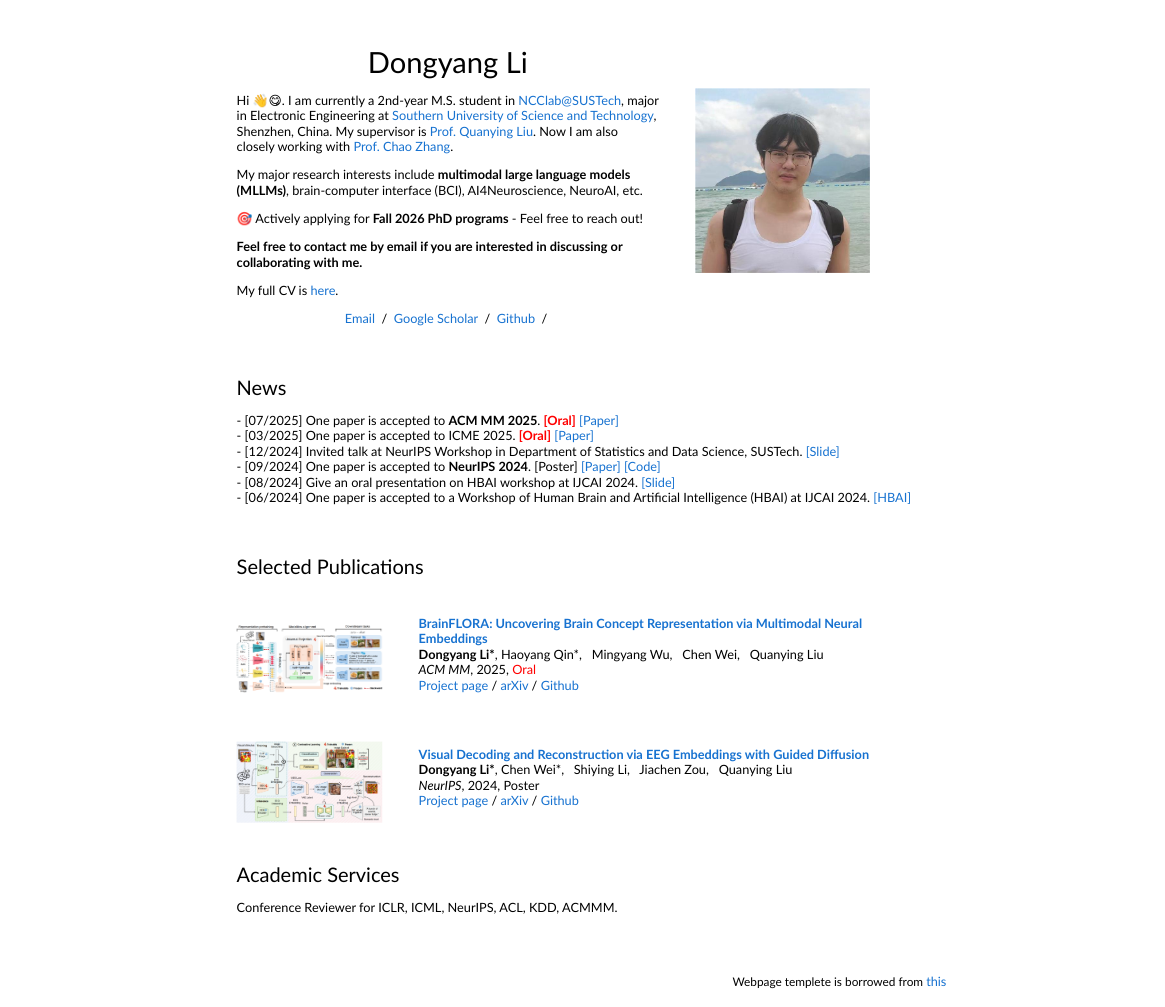
Repository: dongyangli-del/dongyangli-del.github.io
Page: index.html
The author's editor kept a copy of each file at every save. The page is drawn from the files as they stood at one save, then again after the next save.
The browser window is 1280 px wide. The pictures show the whole page, at 91% of full size.

Above is the page before, as saved 2025-07-12 21:32:42.

After the next save:
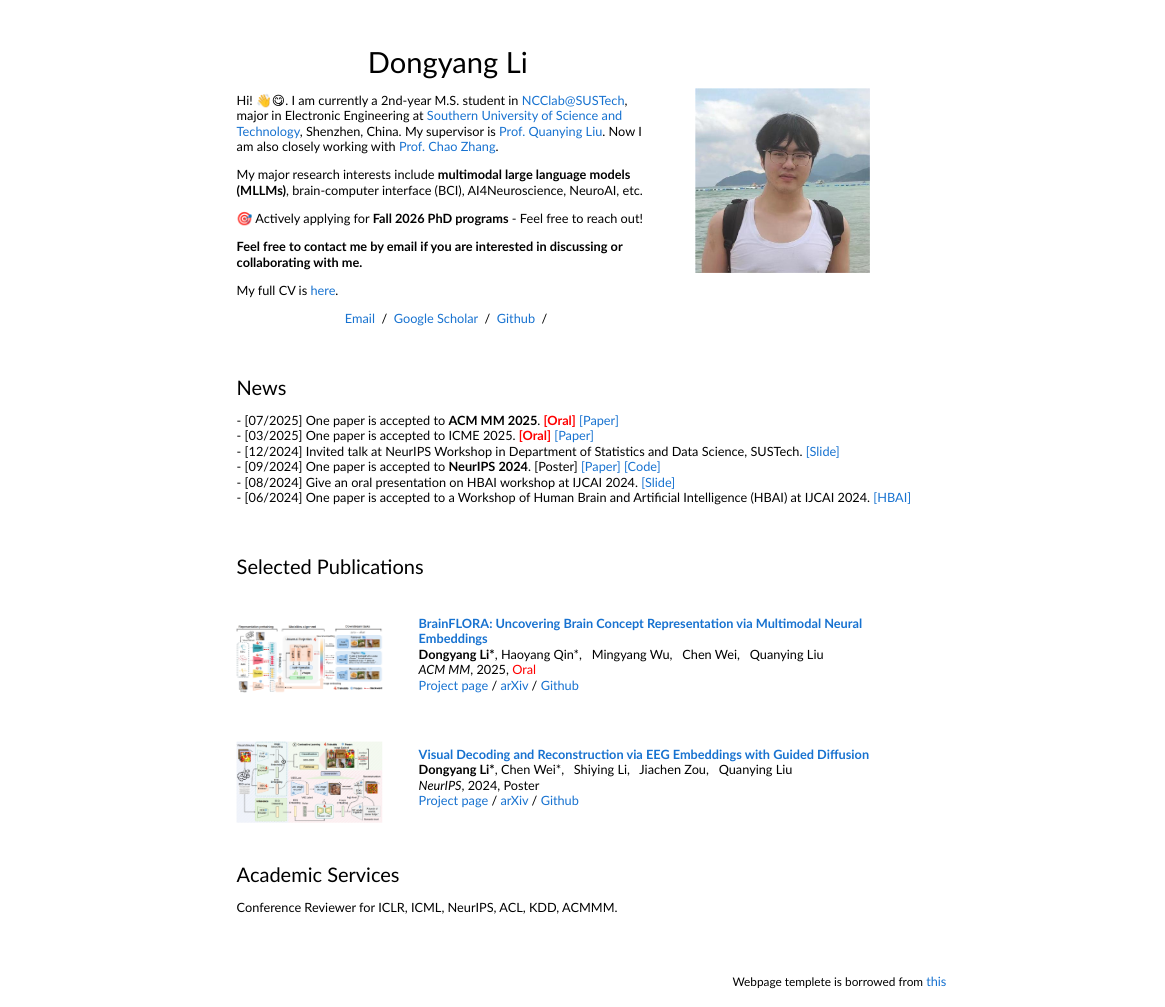
Saved 22 s later.
--- a/index.html
+++ b/index.html
@@ -45,7 +45,7 @@
                   Dongyang Li
                 </p>
                 <p>
-                  Hi 👋😋.
+                  Hi! 👋😋.
                   I am currently a 2nd-year M.S. student in <a href="https://faculty.sustech.edu.cn/?tagid=liuqy&iscss=1&snapid=1&orderby=date&go=1">NCClab@SUSTech</a>, major in Electronic Engineering at <a href="https://www.sustech.edu.cn/en/">Southern University of Science and Technology</a>, Shenzhen, China.
                   My supervisor is <a href="https://www.sustech.edu.cn/zh/faculties/liuquanying.html">Prof. Quanying Liu</a>. Now I am also closely working with <a href="https://mi.eng.cam.ac.uk/~cz277/">Prof. Chao Zhang</a>.
                 </p>
